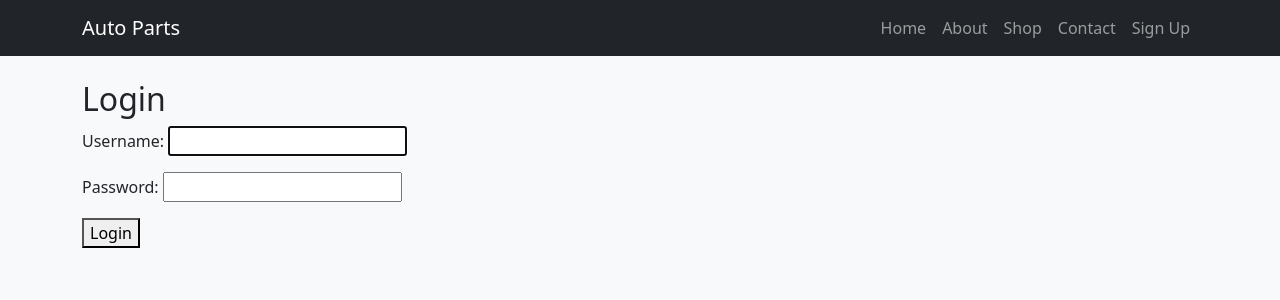
Repository: Jijiluzana225/onlineparts
Page: http://localhost/login/
These files come from the project's save history. The page is drawn as it stood at one moment and after the next save; the edit follows.
The browser window is 1280 px wide. The pictures show the whole page.
The page is served by the project's application, run on Django 5.2 (manage.py).

Above is the page before, as saved 2025-02-19 12:14:27.

After the next save:
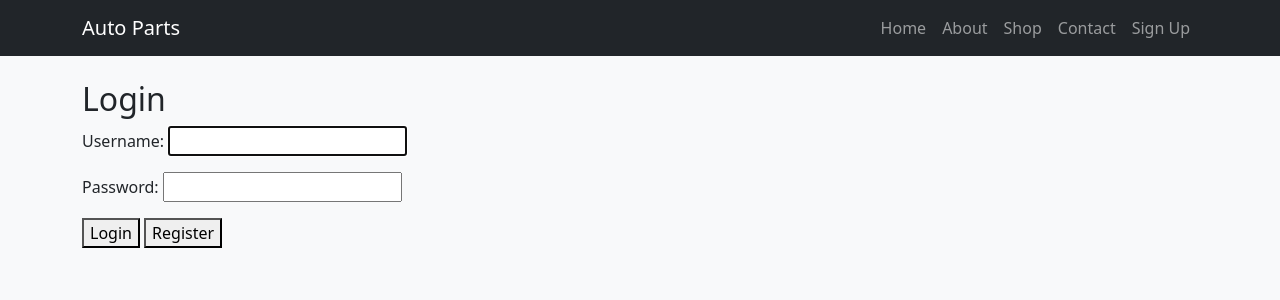
Saved 32 s later.
--- a/orders/templates/orders/login.html
+++ b/orders/templates/orders/login.html
@@ -5,5 +5,6 @@
     {% csrf_token %}
     {{ form.as_p }}
     <button type="submit">Login</button>
+    <button type="submit">Register</button>
 </form>
 {% endblock %}
